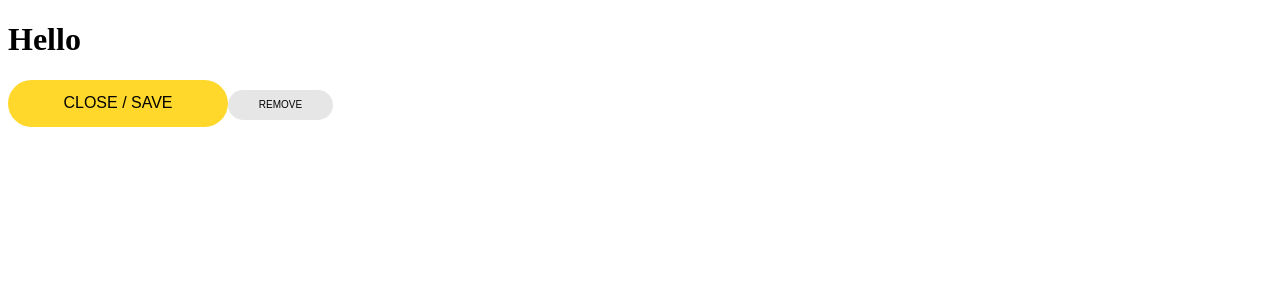
Repository: hanss007/fav-note
Page: /
These files come from the project's save history. The page is drawn as it stood at one moment and after the next save; the edit follows.
The browser window is 1280 px wide. The pictures show the whole page.
The project was rebuilt for these pictures with package versions that can differ from the ones it lists, and the page was loaded fresh each time.

Above is the page before, as saved 2020-11-17 09:02:09.

After the next save:
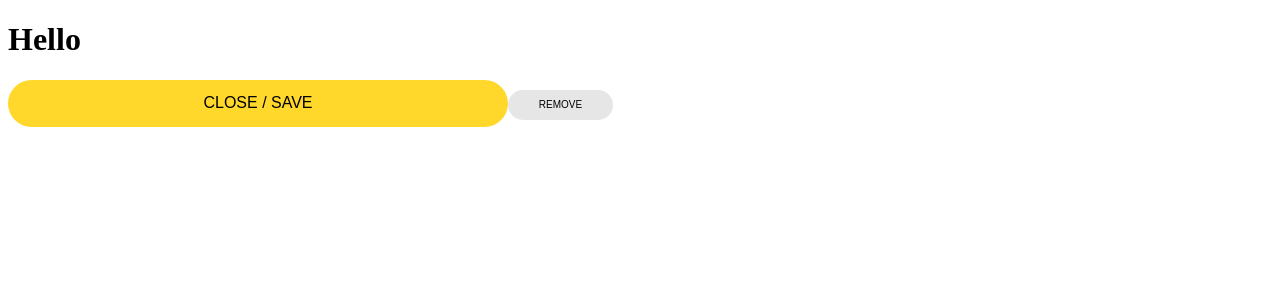
Saved 81 s later.
--- a/src/components/Button/Button.js
+++ b/src/components/Button/Button.js
@@ -3,7 +3,7 @@ import styled, { css } from 'styled-components';
 const Button = styled.button`
   padding: 0;
   background-color: #ffd82b;
-  width: 220px;
+  width: ${({ width }) => width || '220px'};
   height: 47px;
   border: none;
   border-radius: 50px;
